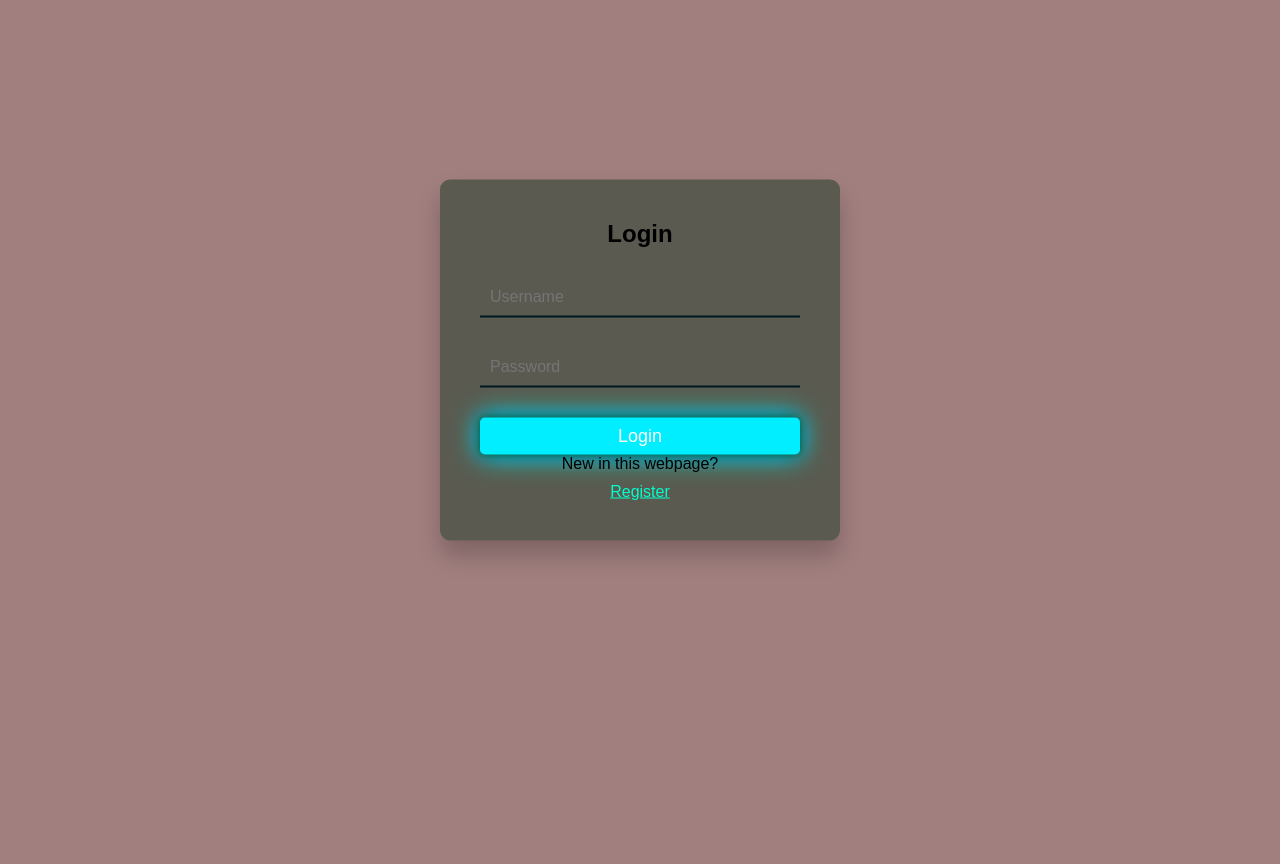
Repository: SRBshakib/Safe-Food---DBMS-project
Page: Organaization/login.html
These files come from the project's save history. The page is drawn as it stood at one moment and after the next save; the edit follows.
The browser window is 1280 px wide. The pictures show the whole page.
The pointer rests on the first visible `.btn`.

Above is the page before, as saved 2024-11-10 22:09:07.

After the next save:
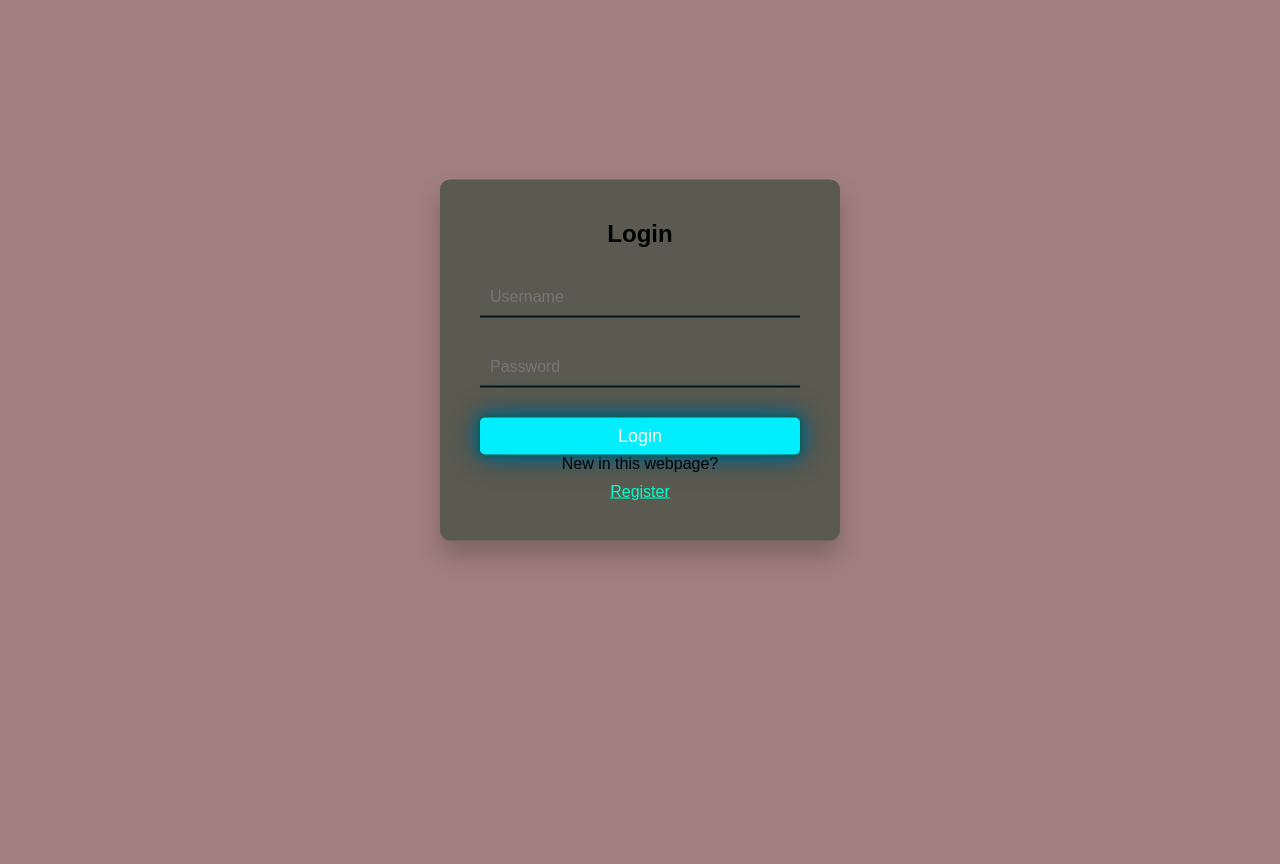
Saved 13 s later.
--- a/Organaization/style_login.css
+++ b/Organaization/style_login.css
@@ -65,7 +65,7 @@ body {
 
 .btn:hover {
     background: #00eeff;
-    box-shadow: 0 0 10px #004e0d, 0 0 20px #008cff, 0 0 30px #00ffcc;
+    box-shadow: 0 0 10px #004e0d, 0 0 20px #008cff, 0 0 30px #003b30;
 }
 
 .register {
